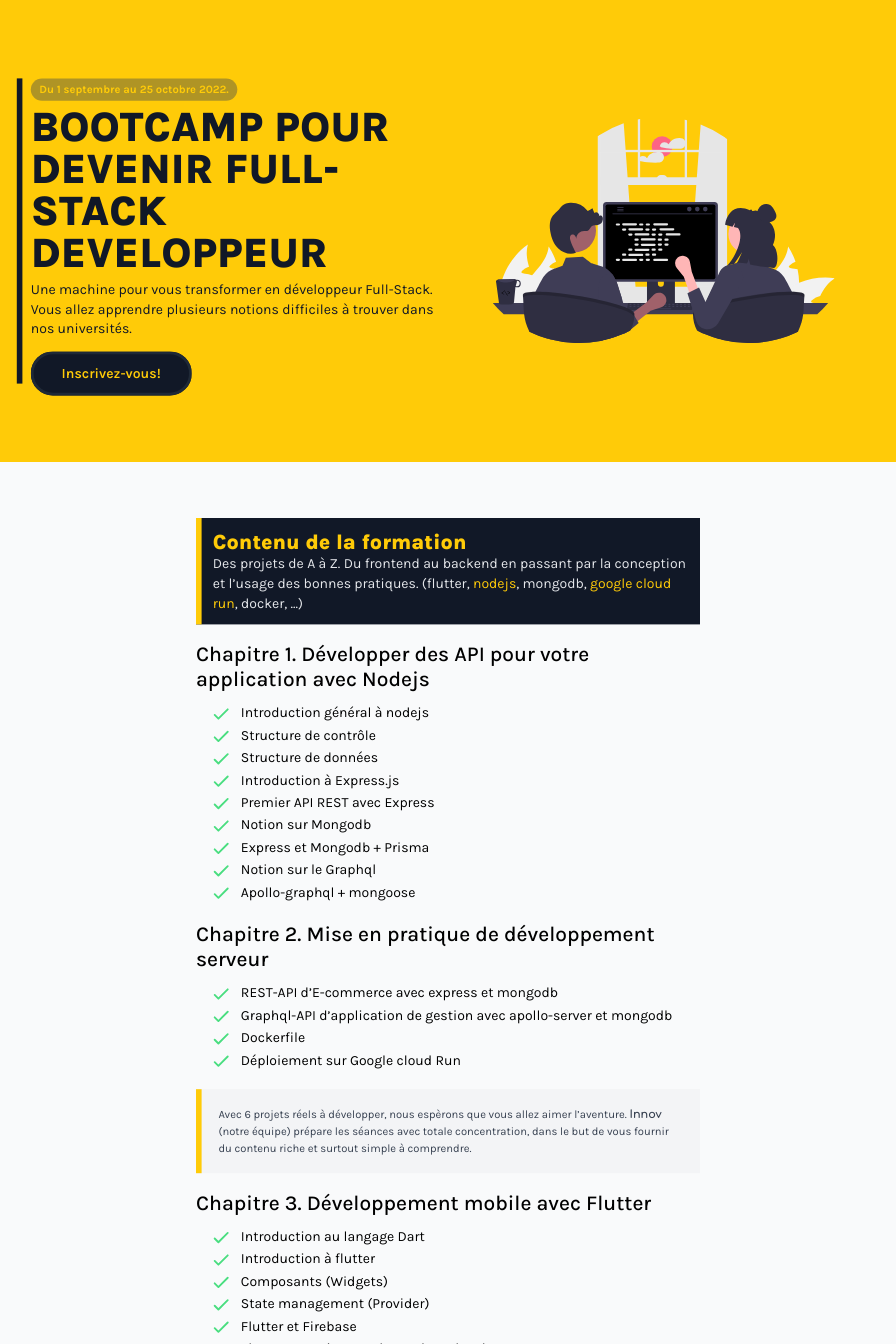
Repository: alfredlwanzo/course
Page: /
These files come from the project's save history. The page is drawn as it stood at one moment and after the next save; the edit follows.
The browser window is 1280 px wide. The pictures show the part of the page from y = 0 to 1920 px (the page is 3478 px tall before and 3382 px after), at 70% of full size.
The project was rebuilt for these pictures with package versions that can differ from the ones it lists, and the page was loaded fresh each time. The framework's server and built-in components were replaced by stand-ins that run in the browser. Also part of the build but not shown: next.config.js.

Above is the page before, as saved 2022-08-09 16:26:57.

After the next save:
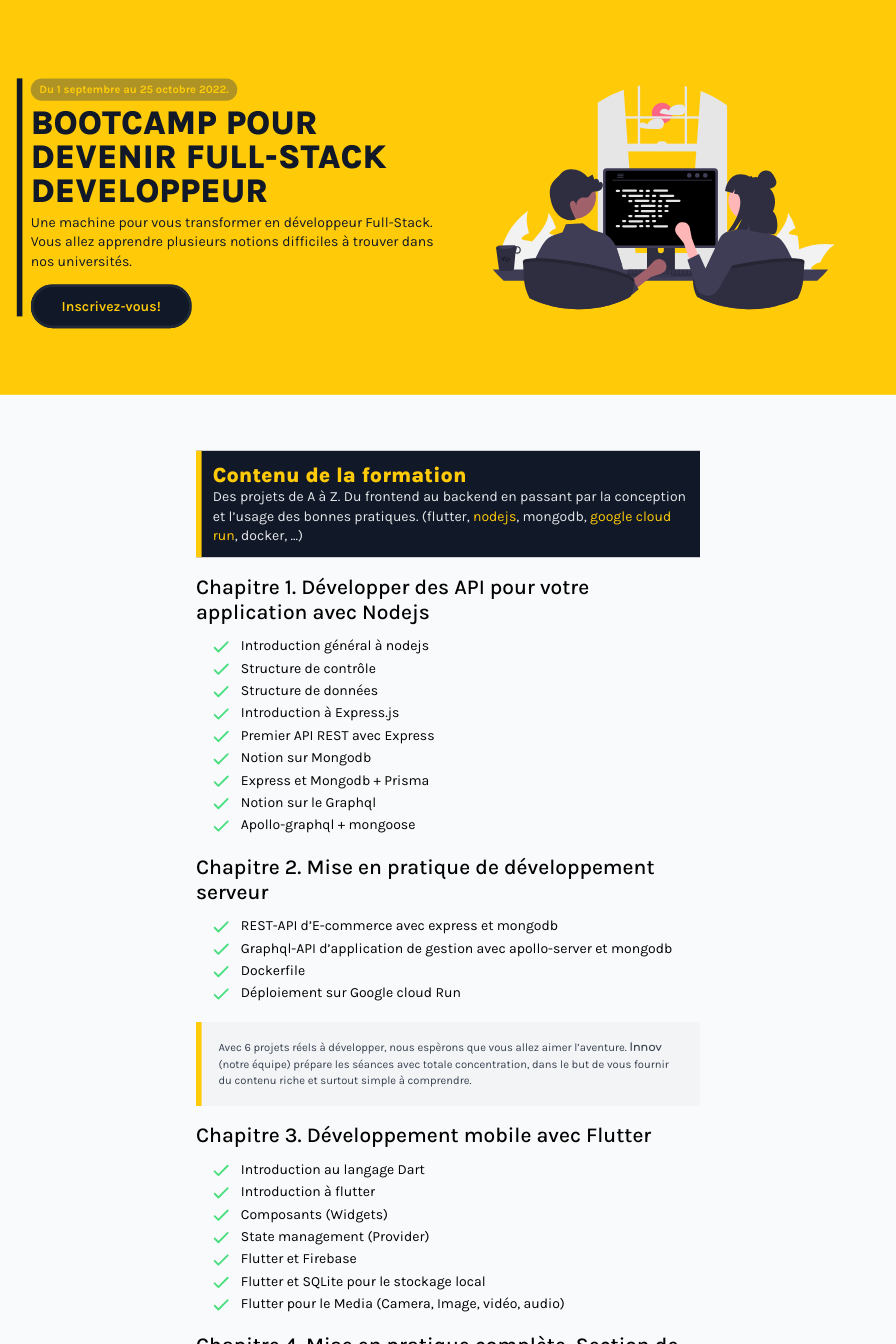
Saved 62 s later.
--- a/src/components/sections/Home.tsx
+++ b/src/components/sections/Home.tsx
@@ -12,7 +12,7 @@
               Du 1 septembre au 25 octobre 2022.
             </h6>
           </div>
-          <h1 className="text-4xl sm:text-5xl md:text-6xl text-gray-900 font-extrabold uppercase mt-2">
+          <h1 className="text-4xl sm:text-5xl md:text-5xl text-gray-900 font-extrabold uppercase mt-2">
             Bootcamp pour devenir full-stack developpeur
           </h1>
           <p className="text-xl mt-2 text-gray-900">
